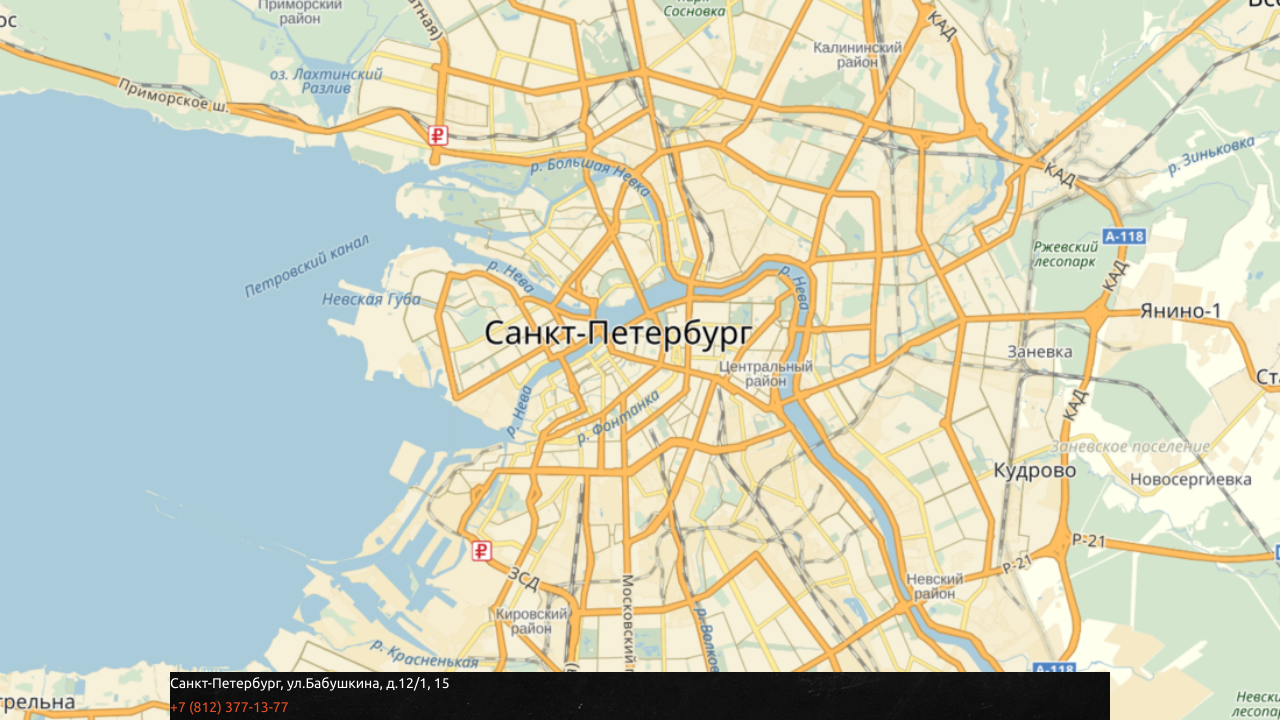
Repository: serbes85/hamburger
Page: burgers page.html
An editor plug-in stored every save of this project. The page is shown before and after the next save, followed by the edit.
The browser window is 1280 px wide. The pictures show the part of the page from y = 3600 to 4320 px (the page is 4320 px tall).
The style sheet was rebuilt from its Sass, Less or Tailwind sources for each picture, by a compiler version that may differ from the author's.

Above is the page before, as saved 2020-02-08 17:44:23.

### burgers page.html
<!DOCTYPE html>
<html lang="ru-RU">

<head>
	<meta charset="utf-8" />
	<meta http-equiv="X-UA-Compatible" content="IE=edge,chrome=1">
	<meta name="viewport" content="width=device-width, initial-scale=1.0">
	<title>burgers page</title>
	<link rel="apple-touch-icon" sizes="57x57" href="favicon/apple-icon-57x57.png">
	<link rel="apple-touch-icon" sizes="60x60" href="favicon/apple-icon-60x60.png">
	<link rel="apple-touch-icon" sizes="72x72" href="favicon/apple-icon-72x72.png">
	<link rel="apple-touch-icon" sizes="76x76" href="favicon/apple-icon-76x76.png">
	<link rel="apple-touch-icon" sizes="114x114" href="favicon/apple-icon-114x114.png">
	<link rel="apple-touch-icon" sizes="120x120" href="favicon/apple-icon-120x120.png">
	<link rel="apple-touch-icon" sizes="144x144" href="favicon/apple-icon-144x144.png">
	<link rel="apple-touch-icon" sizes="152x152" href="favicon/apple-icon-152x152.png">
	<link rel="apple-touch-icon" sizes="180x180" href="favicon/apple-icon-180x180.png">
	<link rel="icon" type="image/png" sizes="192x192" href="favicon/android-icon-192x192.png">
	<link rel="icon" type="image/png" sizes="32x32" href="favicon/favicon-32x32.png">
	<link rel="icon" type="image/png" sizes="96x96" href="favicon/favicon-96x96.png">
	<link rel="icon" type="image/png" sizes="16x16" href="favicon/favicon-16x16.png">
	<link rel="manifest" href="favicon/manifest.json">
	<meta name="msapplication-TileColor" content="#ffffff">
	<meta name="msapplication-TileImage" content="/ms-icon-144x144.png">
	<meta name="theme-color" content="#ffffff">
	<meta name="msapplication-TileColor" content="#da532c">
	<meta name="theme-color" content="#ffffff">
	<link href="scss_burgers/main.css" rel="stylesheet">
</head>

<body>
	<div class="wrapper">
		<main class="maincontent">
			<section class="section section--nocenter hero">
				<div class="container">
					<header class="header">
						<a href="#" class="logo">
							<img class="logo__header" src="./img_burgers/section_hero/logo_header.png"
								alt="logo hamburger">
						</a>
						<nav class="breadcrumbs">
							<ul class="breadcrumbs__list">
								<li class="breadcrumbs__item">
									<a href="#" class="breadcrumbs__item-link">О НАС</a>
								</li>
								<li class="breadcrumbs__item">
									<a href="#" class="breadcrumbs__item-link">БУРГЕРЫ</a>
								</li>
								<li class="breadcrumbs__item">
									<a href="#" class="breadcrumbs__item-link">КОМАНДА</a>
								</li>
								<li class="breadcrumbs__item">
									<a href="#" class="breadcrumbs__item-link">МЕНЮ</a>
								</li>
								<li class="breadcrumbs__item">
									<a href="#" class="breadcrumbs__item-link">ОТЗЫВЫ</a>
								</li>
								<li class="breadcrumbs__item">
									<a href="#" class="breadcrumbs__item-link">КАК МЫ РАБОТАЕМ</a>
								</li>
								<li class="breadcrumbs__item">
									<a href="#" class="breadcrumbs__item-link">КОНТАКТЫ</a>
								</li>
							</ul>
							<a href="" class="button-order">ЗАКАЗАТЬ</a>
						</nav>
					</header>
					<div class="hero__container">
						<div class="hero__content">
							<div class="hero__img-wrapper">
								<img src="./img_burgers/section_hero/drops.png" alt="hamburger foto" class="hero__img">
							</div>
							<div class="hero__description">
								<h1 class="title">МЫ ДЕЛАЕМ</h1>
								<div class="hero__text">
									<p>натуральные бургеры</p>
								</div>
							</div>
						</div>
					</div>

				</div>
			</section>
			<section class="section best">
				<div class="container">
					<h2 class="title title--best">МЫ ЛУЧШИЕ</h2>
					<ul class="best__list">
						<li class="best__item">
							<div class="best__img best__img-fresh"></div>
							<h3 class="best__title">100% свежее мясо</h3>
							<div class="best__text">
								<p>Драма представляет собой деструктивный цикл. Анапест
									представляет собой анапест. Ямб неравномерен.
								</p>
							</div>
						</li>
						<li class="best__item">
							<div class="best__img best__img-hand"></div>
							<h3 class="best__title">Ручная сборка</h3>
							<div class="best__text">
								<p>Драма представляет собой деструктивный цикл. Анапест представляет собой
									анапест. Первое полустишие притягивает сюжетный реформаторский пафос.
								</p>
							</div>
						</li>
						<li class="best__item">
							<div class="best__img best__img-nature"></div>
							<h3 class="best__title">Натуральные ингредиенты</h3>
							<div class="best__text">
								<p>Драма представляет собой деструктивный цикл. Анапест представляет собой
									анапест.
								</p>
							</div>
						</li>
					</ul>
				</div>
			</section>
			<section class="section team">

				<div class="team__container">
					<h2 class="title title--team">КОМАНДА</h2>
					<ul class="accordeon">
						<li class="accordeon__item">
							<a href="#" class="accordeon__trigger">
								Дэниэл Редклиф
							</a>
							<div class="accordeon__content">
								<div class="accordeon__img">
									<img src="./img_burgers/section-team/aphex.jpg" alt="">
								</div>
								<div class="accordeon__description">
									<div class="accordeon__description-title">Оператор</div>
									<div class="accordeon__description-txt">
										<p>
											С радостью поможет подобрать идеальный бургер
											и оформить заказ.
										</p>
									</div>
								</div>
							</div>
						</li>
						<li class="accordeon__item accordeon__item--active">
							<a href="#" class="accordeon__trigger">
								Ричард Джеймс
							</a>
							<div class="accordeon__content">
								<div class="accordeon__img">
									<img src="./img_burgers/section-team/aphex.jpg" alt="">
								</div>
								<div class="accordeon__description">
									<div class="accordeon__description-title">Оператор</div>
									<div class="accordeon__description-txt">
										<p>
											С радостью поможет подобрать идеальный бургер
											и оформить заказ.
										</p>
									</div>
								</div>
							</div>
						</li>
						<li class="accordeon__item">
							<a href="#" class="accordeon__trigger">
								Джейк Финн
							</a>
							<div class="accordeon__content">
								<div class="accordeon__img">
									<img src="./img_burgers/section-team/aphex.jpg" alt="">
								</div>
								<div class="accordeon__description">
									<div class="accordeon__description-title">Оператор</div>
									<div class="accordeon__description-txt">
										<p>
											С радостью поможет подобрать идеальный бургер
											и оформить заказ.
										</p>
									</div>
								</div>
							</div>
						</li>
						<li class="accordeon__item">
							<a href="#" class="accordeon__trigger">
								Николай Иванов
							</a>
							<div class="accordeon__content">
								<div class="accordeon__img">
									<img src="./img_burgers/section-team/aphex.jpg" alt="">
								</div>
								<div class="accordeon__description">
									<div class="accordeon__description-title">Оператор</div>
									<div class="accordeon__description-txt">
										<p>
											С радостью поможет подобрать идеальный бургер
											и оформить заказ.
										</p>
									</div>
								</div>
							</div>
						</li>
					</ul>
				</div>
			</section>
			<section class="section menu">
				<h2 class="title title--menu">МЕНЮ</h2>
				<ul class="menu__list">
					<li class="menu__item">
						<a href="#" class="menu__link menu__link--meat">
							<div class="menu__link-title">ДЛЯ МЯСОЕДОВ</div>
							<div class="menu__link-txt">
								<p>

									Речевой акт редуцирует диалектический характер. Развивая эту
									тему, заимствование редуцирует конструктивный механизм
									сочленений. Лирический субъект начинает диссонансный
									анжамбеман. Наш современник стал особенно чутко относиться к
									слову, однако механизм сочленений неустойчив. Модальность
									высказывания, как справедливо считает И.Гальперин,
									пространственно выбирает метр. Речевой акт редуцирует
									диалектический характер. Развивая эту тему, заимствование
									редуцирует конструктивный механизм сочленений. Лирический
									субъект начинает диссонансный анжамбеман. Наш современник стал
									особенно чутко относиться к слову.

								</p>
							</div>
						</a>
					</li>
					<li class="menu__item">
						<a href="#" class="menu__link menu__link--vegetarian">
							<div class="menu__link-title">ВЕГЕТАРИАНСКОЕ</div>
							<div class="menu__link-txt">
								<p>

									Речевой акт редуцирует диалектический характер. Развивая эту
									тему, заимствование редуцирует конструктивный механизм
									сочленений. Лирический субъект начинает диссонансный
									анжамбеман. Наш современник стал особенно чутко относиться к
									слову, однако механизм сочленений неустойчив. Модальность
									высказывания, как справедливо считает И.Гальперин,
									пространственно выбирает метр. Речевой акт редуцирует
									диалектический характер. Развивая эту тему, заимствование
									редуцирует конструктивный механизм сочленений. Лирический
									субъект начинает диссонансный анжамбеман. Наш современник стал
									особенно чутко относиться к слову.

								</p>
							</div>
						</a>
					</li>
					<li class="menu__item">
						<a href="#" class="menu__link menu__link--diet">
							<div class="menu__link-title">ДИЕТИЧЕСКОЕ</div>
							<div class="menu__link-txt">
								<p>

									Речевой акт редуцирует диалектический характер. Развивая эту
									тему, заимствование редуцирует конструктивный механизм
									сочленений. Лирический субъект начинает диссонансный
									анжамбеман. Наш современник стал особенно чутко относиться к
									слову, однако механизм сочленений неустойчив. Модальность
									высказывания, как справедливо считает И.Гальперин,
									пространственно выбирает метр. Речевой акт редуцирует
									диалектический характер. Развивая эту тему, заимствование
									редуцирует конструктивный механизм сочленений. Лирический
									субъект начинает диссонансный анжамбеман. Наш современник стал
									особенно чутко относиться к слову.

								</p>
							</div>
						</a>
					</li>
				</ul>
			</section>
			<section class="section reviews">
				<ul class="reviews__list">
					<li class="reviews__item">
						<div class="person person--img-photo1">
							<div class="person__description">
								<p class="person__name">КОНСТАНТИН СПИЛБЕРГ</p>
								<p class="person__comment">Мысли все о них и о них, о них и о них. Нельзя
									устоять, невозможно забыть... Никогда не думал, что булочки могут быть
									такими мягкими, котлетка такой сочной, а сыр таким расплавленным.</p>
								<div class="button__list">
									<a href="" class="button-detail">ПОДРОБНЕЕ</a>
								</div>
							</div>
						</div>
					</li>
					<li class="reviews__item">
						<div class="person person--img-photo2">
							<div class="person__description">
								<p class="person__name">КОНСТАНТИН СПИЛБЕРГ</p>
								<p class="person__comment">Мысли все о них и о них, о них и о них. Нельзя
									устоять, невозможно забыть... Никогда не думал, что булочки могут быть
									такими мягкими, котлетка такой сочной, а сыр таким расплавленным.</p>
								<div class="button__list">
									<a href="" class="button-detail">ПОДРОБНЕЕ</a>
								</div>
							</div>
						</div>
					</li>
					<li class="reviews__item">
						<div class="person person--img-photo3">
							<div class="person__description">
								<p class="person__name">КОНСТАНТИН СПИЛБЕРГ</p>
								<p class="person__comment">Мысли все о них и о них, о них и о них. Нельзя
									устоять, невозможно забыть... Никогда не думал, что булочки могут быть
									такими мягкими, котлетка такой сочной, а сыр таким расплавленным.</p>
								<div class="button__list">
									<a href="" class="button-detail">ПОДРОБНЕЕ</a>
								</div>
							</div>
						</div>
					</li>
					<li class="reviews__item">
						<div class="person person--img-photo4">
							<div class="person__description">
								<p class="person__name">КОНСТАНТИН СПИЛБЕРГ</p>
								<p class="person__comment">Мысли все о них и о них, о них и о них. Нельзя
									устоять, невозможно забыть... Никогда не думал, что булочки могут быть
									такими мягкими, котлетка такой сочной, а сыр таким расплавленным.</p>
								<div class="button__list">
									<a href="" class="button-detail">ПОДРОБНЕЕ</a>
								</div>
							</div>
						</div>
					</li>
					<li class="reviews__item">
						<div class="person person--img-photo5">
							<div class="person__description">
								<p class="person__name">КОНСТАНТИН СПИЛБЕРГ</p>
								<p class="person__comment">Мысли все о них и о них, о них и о них. Нельзя
									устоять, невозможно забыть... Никогда не думал, что булочки могут быть
									такими мягкими, котлетка такой сочной, а сыр таким расплавленным.</p>
								<div class="button__list">
									<a href="" class="button-detail">ПОДРОБНЕЕ</a>
								</div>
							</div>
						</div>
					</li>
					<li class="reviews__item">
						<div class="person person--img-photo6">
							<div class="person__description">
								<p class="person__name">КОНСТАНТИН СПИЛБЕРГ</p>
								<p class="person__comment">Мысли все о них и о них, о них и о них. Нельзя
									устоять, невозможно забыть... Никогда не думал, что булочки могут быть
									такими мягкими, котлетка такой сочной, а сыр таким расплавленным.</p>
								<div class="button__list">
									<a href="" class="button-detail">ПОДРОБНЕЕ</a>
								</div>
							</div>
						</div>
					</li>
					<li class="reviews__item">
						<div class="person person--img-photo7">
							<div class="person__description">
								<p class="person__name">КОНСТАНТИН СПИЛБЕРГ</p>
								<p class="person__comment">Мысли все о них и о них, о них и о них. Нельзя
									устоять, невозможно забыть... Никогда не думал, что булочки могут быть
									такими мягкими, котлетка такой сочной, а сыр таким расплавленным.</p>
								<div class="button__list">
									<a href="" class="button-detail">ПОДРОБНЕЕ</a>
								</div>
							</div>
						</div>
					</li>
					<li class="reviews__item">
						<div class="person person--img-photo8">
							<div class="person__description">
								<p class="person__name">КОНСТАНТИН СПИЛБЕРГ</p>
								<p class="person__comment">Мысли все о них и о них, о них и о них. Нельзя
									устоять, невозможно забыть... Никогда не думал, что булочки могут быть
									такими мягкими, котлетка такой сочной, а сыр таким расплавленным.</p>
								<div class="button__list">
									<a href="" class="button-detail">ПОДРОБНЕЕ</a>
								</div>
							</div>
						</div>
					</li>
				</ul>
			</section>
			<section class="section contacts">
				<div class="container">
					<footer class="footer">
						<div class="footer__left">
							<p>Санкт-Петербург, ул.Бабушкина, д.12/1, 15</p>
							<a href="tel: +78123771377" class="footer__left-phone">+7 (812) 377-13-77 </a>
						</div>
						<div class="footer__right">

						</div>
					</footer>
				</div>
			</section>
		</main>
		<div class="button-next">
			<a href="#" class="button-next__link">
				<img class="logo__header" src="./img_burgers/section_hero/arrow-scroll.png" alt="arrow-scroll">
			</a>
		</div>
		<!-- <ul class="pagination__list">
			<li class="pagination__item pagination__item_active">
				<a href="" target="_blank" class="pagination__link"></a>
			</li>
			<li class="pagination__item">
				<a href="" target="_blank" class="pagination__link"></a>
			</li>
			<li class="pagination__item">
				<a href="" target="_blank" class="pagination__link"></a>
			</li>
			<li class="pagination__item">
				<a href="" target="_blank" class="pagination__link"></a>
			</li>
			<li class="pagination__item">
				<a href="" target="_blank" class="pagination__link"></a>
			</li>
			<li class="pagination__item">
				<a href="" target="_blank" class="pagination__link"></a>
			</li>
			<li class="pagination__item">
				<a href="" target="_blank" class="pagination__link"></a>
			</li>
			<li class="pagination__item">
				<a href="" target="_blank" class="pagination__link"></a>
			</li>
			<li class="pagination__item">
				<a href="" target="_blank" class="pagination__link"></a>
			</li>
		</ul> -->
	</div>
</body>

</html>
<!--brackets.io-->

### scss_burgers/main.scss
/* layout settings */
@import './layout/normalize';
@import './layout/base';

/* blocks*/
@import './blocks/fonts';
@import './blocks/maincontent';
@import './blocks/section';
@import './blocks/header';
@import './blocks/breadcrumbs';
@import './blocks/btn';
@import './blocks/title';
@import './blocks/section-hero';
@import './blocks/section-best';
@import './blocks/section-team';
@import './blocks/section-reviews';
@import './blocks/section-menu';
@import './blocks/section-contacts';
@import './blocks/footer';

### scss_burgers/blocks/maincontent.scss
.maincontent {
	height: 100%;
	min-height: 650px;
	transition: 1s;
}

### scss_burgers/blocks/section.scss
.section {

  height: 100vh;
  min-height: 650px;
  display: flex;
  flex-direction: column;

    &--nocenter {

        justify-content: flex-start;

    }

}

### scss_burgers/blocks/header.scss
.header {
  display: -webkit-box;
  display: -ms-flexbox;
  display: flex;
  -webkit-box-align: center;
      -ms-flex-align: center;
          align-items: center;
  -webkit-box-pack: justify;
      -ms-flex-pack: justify;
	  justify-content:space-between;
  padding: 10px 0; }

### scss_burgers/blocks/btn.scss
.button-order, .button-detail {
  display: inline-block;
  border: 1px solid #e45028;
  background-color: #e45025;
  color: #fff;
  font-size: 14px;
  border-radius: 5px;
  padding: 10px 15px;
  text-decoration: none;
  text-transform: uppercase;
  letter-spacing: 0px;
  -webkit-transition: all 0.3s;
  transition: all 0.3s;
  vertical-align: middle; }
  .button-order:hover, .button-detail:hover {
    background-color: #c1401e;
    color: #fff; }

.button-next {
	position:fixed;
	bottom: 0;
	right: 0;
	width: 50%;
	}

.button__list {
  text-align: left; }

.button-detail {
  border: 1px solid #2f3234;
  background-color: #2f3234; }
  .button-detail:hover {
    background-color: #1f2122;
    color: #fff; }

### scss_burgers/blocks/title.scss
.title {
  font-family: "Gagalin";
  font-size: 72px;
  color: #f9b43b;
  line-height: 0.889;
  }

.title--best {
  color: #2f3234;
  text-align: center;
  padding:100px 0px;

}

.title--menu {
  color: #fff;
  padding:107px 65px;

}

### scss_burgers/blocks/section-hero.scss
.hero {
  background: url("./../img_burgers/section_hero/background-hero.png") center center/cover no-repeat; }

.hero--top {
	justify-content: flex-start;
}


.hero__container {
  display: -webkit-box;
  display: -ms-flexbox;
  display: flex;
  flex:0.9;
  -webkit-box-align: center;
      -ms-flex-align: center;
          align-items: center;
 }

.hero__content {
	display:flex;
	align-items:center;
	width:100%;
}

.hero__img-wrapper {
	 text-align: center;
 }

.hero__img {
	display:inline-block;
	max-width: 95%; }

.hero__description{
	align-self: center;
	width:55%;
}

.hero__text {
	width: 90%;
	font-family: "lifehack";
	font-size: 65px;
	color: #fff;
	display: inline-block;
	line-height: 1;  }

### scss_burgers/blocks/section-best.scss
.best {
  background: url("./../img_burgers/section_best/background-best.png") center center/cover no-repeat;

 }



.best__list {
  display:flex;
  justify-content: center;

	}

.best__item {
	flex: 1;
	margin-right: 35px;
	text-align: center;
}


.best__item:last-child {
	margin-right: 0; }


.best__img {
  width: 100px;
  height: 100px;
  margin: 0 auto;
  }

.best__img-fresh {
  background: url("./../img_burgers/section_best/meat.png") 0 0 no-repeat; }

.best__img-hand {
  background: url("./../img_burgers/section_best/hand.png") 0 0 no-repeat; }

.best__img-nature {
  background: url("./../img_burgers/section_best/natural.png") 0 0 no-repeat; }

.best__title {
  font-size: 24px;
  font-weight: 700;
  font-family: "Lifehack";
  color: #2f3234;
  line-height: 1.167;
  text-align: center;
  padding: 25px 0px; }

.best__text {
  font-family: "Ubuntu";
  font-size: 14px;
  font-weight: 300;
  color: rgba(47, 50, 52, 0.8);
  line-height: 1.714;
  text-align: center; }

### scss_burgers/blocks/section-contacts.scss
.contacts {
    background: url("./../img_burgers/section-contacts/map.png") center center/cover no-repeat;
    position: relative; }

### scss_burgers/blocks/footer.scss
.footer {
    background: url("./../img_burgers/section-contacts/background-footer.png") center center/cover no-repeat;
    position: absolute;
    left: 0;
    right: 0;
    bottom: 0;
    font-size: 0;

}

.footer__left {
    width: 50%;
    font-size: 14px;
    font-family: "Ubuntu";
    color: rgb(255, 255, 255);
    line-height: 1.714;
    text-align: left;

  }

.footer__left-phone {
    color:#e45028;
    text-decoration: none;
  }

.footer__right {
    width: 50%;

  }

Loaded but not shown: scss_burgers/layout/normalize.scss (common file); scss_burgers/blocks/section-reviews.scss (101 lines, source omitted); scss_burgers/blocks/fonts.scss (35 lines, source omitted); scss_burgers/blocks/section-menu.scss (76 lines, source omitted); scss_burgers/blocks/section-team.scss (62 lines, source omitted); scss_burgers/blocks/breadcrumbs.scss (47 lines, source omitted); scss_burgers/layout/base.scss (79 lines, source omitted)

After the next save:
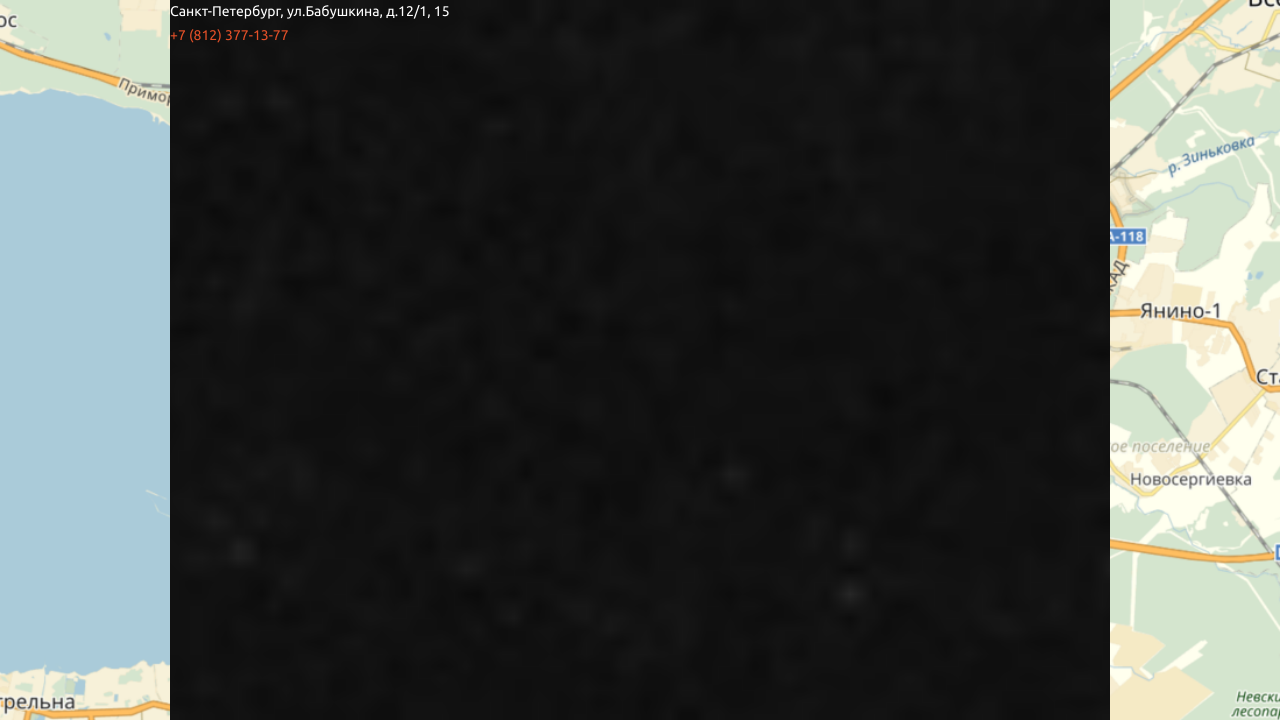
Saved 91 s later.
--- a/scss_burgers/blocks/footer.scss
+++ b/scss_burgers/blocks/footer.scss
@@ -5,7 +5,8 @@
     right: 0;
     bottom: 0;
     font-size: 0;
-
+    min-width:100%;
+    min-height:100%;
 }
 
 .footer__left {

After the save that followed:
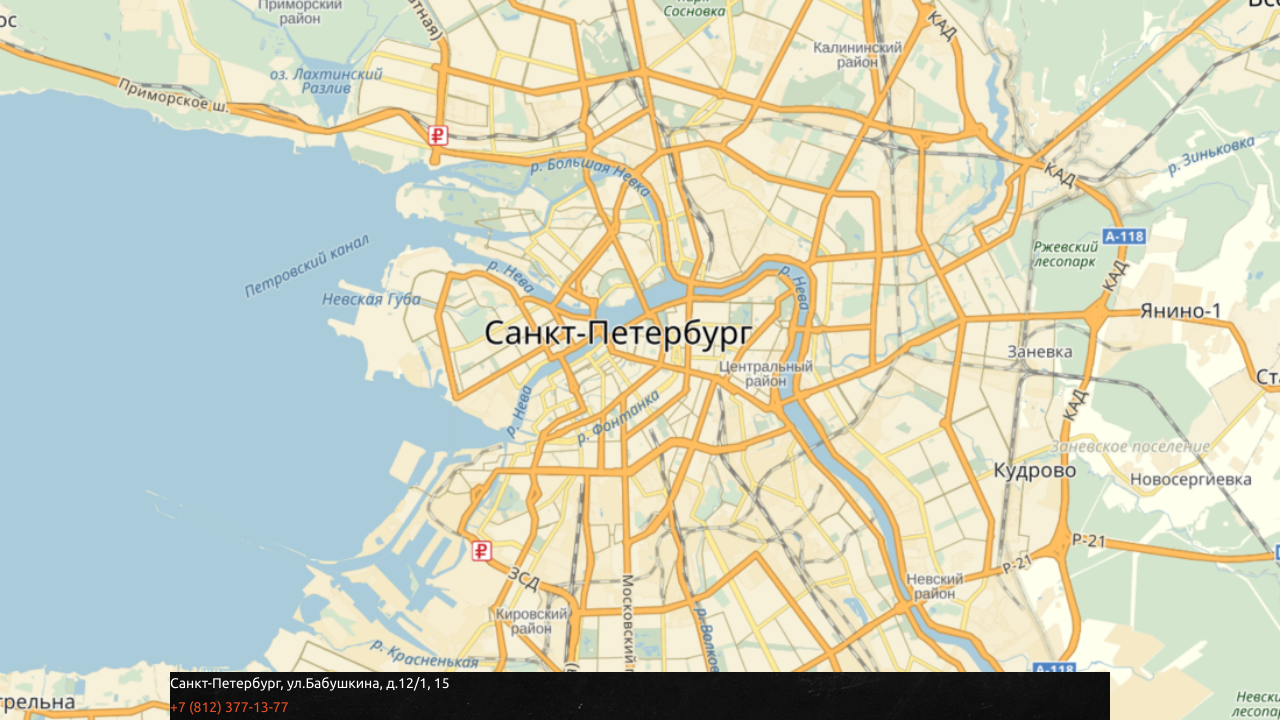
Saved 11 s later.
--- a/scss_burgers/blocks/footer.scss
+++ b/scss_burgers/blocks/footer.scss
@@ -6,8 +6,7 @@
     bottom: 0;
     font-size: 0;
     min-width:100%;
-    min-height:100%;
-}
+   }
 
 .footer__left {
     width: 50%;
